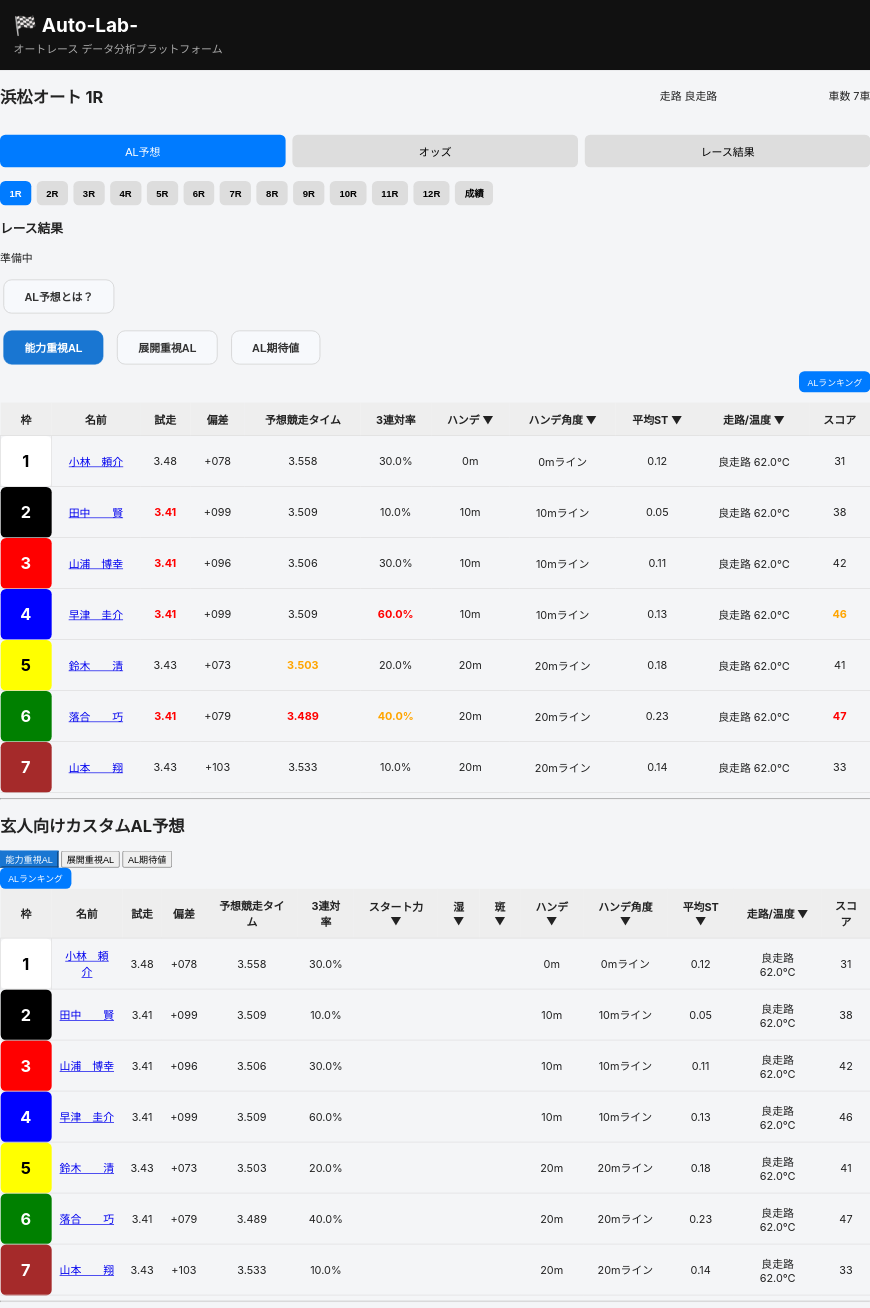
Repository: autorace-lab/Auto-Lab--main
Page: race.html
An editor plug-in stored every save of this project. The page is shown before and after the next save, followed by the edit.
The browser window is 1280 px wide. The pictures show the whole page, at 68% of full size.

Above is the page before, as saved 2026-08-10 21:55:36.

### race.html
<!DOCTYPE html>
<html lang="ja">

<head>
<meta charset="UTF-8">
<meta name="viewport" content="width=device-width, initial-scale=1.0">

<title>Auto-Lab- | オートレースデータ分析</title>

<link rel="stylesheet" href="style.css">

</head>


<div id="playerModal" class="modal">

<div class="modal-content">

<span class="close" onclick="closePlayer()">×</span>

<h2 id="playerName"></h2>

<p><strong>ランク</strong>　<span id="playerRank"></span></p>

<p><strong>試走平均</strong>　<span id="playerTime"></span></p>

<p><strong>平均ST</strong>　<span id="playerST"></span></p>

<p><strong>試走偏差</strong>　<span id="playerDiff"></span></p>

<p><strong>3連対率</strong>　<span id="playerTripleRate"></span></p>

<p><strong>節間成績</strong></p>

<p id="playerResults"></p>

<p><strong>直近10走</strong></p>

<p id="playerRecent"></p>

<p><strong>車番</strong>　<span id="playerCar"></span>号車</p>

<p><strong>ハンデ</strong>　<span id="playerHandicap"></span></p>

<p><strong>評価</strong>　<span id="playerEvaluation"></span></p>

</div>

</div>


<body>


<header>


<div class="logo">
<a href="index.html">
🏁 Auto-Lab-
</a>
</div>


<div class="subtitle">
オートレース データ分析プラットフォーム
</div>


</header>

<div class="race-info">

<div class="race-header">

<h2 id="raceTitle"></h2>

<p id="raceTitleType"></p>

<p id="raceDay"></p>

<p id="deadline"></p>

<p id="weather"></p>

<p id="track"></p>

<p id="cars"></p>

</div>

<div class="tabs">
  <button class="tab-btn active" onclick="changeTab('al')">AL予想</button>
  <button class="tab-btn" onclick="changeTab('odds')">オッズ</button>
  <button class="tab-btn" onclick="changeTab('result')">レース結果</button>
</div>

<div class="race-tabs">

<button class="race-tab-btn active" onclick="changeRace(1)">1R</button>
<button class="race-tab-btn" onclick="changeRace(2)">2R</button>
<button class="race-tab-btn" onclick="changeRace(3)">3R</button>
<button class="race-tab-btn" onclick="changeRace(4)">4R</button>
<button class="race-tab-btn" onclick="changeRace(5)">5R</button>
<button class="race-tab-btn" onclick="changeRace(6)">6R</button>
<button class="race-tab-btn" onclick="changeRace(7)">7R</button>
<button class="race-tab-btn" onclick="changeRace(8)">8R</button>
<button class="race-tab-btn" onclick="changeRace(9)">9R</button>
<button class="race-tab-btn" onclick="changeRace(10)">10R</button>
<button class="race-tab-btn" onclick="changeRace(11)">11R</button>
<button class="race-tab-btn" onclick="changeRace(12)">12R</button>

<button class="race-tab-btn result-tab-btn" onclick="changeRecent(this)">
成績
</button>

</div>
<div id="race" class="tab-content" style="display:none;">
  <table>
    <thead>
      <tr>
        <th>車</th>
        <th>選手</th>
        <th>ハンデ</th>
        <th>試走</th>
        <th>偏差</th>
        <th>ST</th>
        <th>3連対率</th>
        <th>節間成績</th>
    </thead>
    <tbody id="raceTable"></tbody>
  </table>
</div>
<div id="result" class="tab-content">
  <h3>レース結果</h3>
  <p>準備中</p>
</div>

<div id="recent" class="tab-content" style="display:none;">

<h2>近10走</h2>

<table class="recent-table">

<thead>
<tr>
<th>枠</th>
<th>選手</th>
<th>1走前</th>
<th>2走前</th>
<th>3走前</th>
<th>4走前</th>
<th>5走前</th>
<th>6走前</th>
<th>7走前</th>
<th>8走前</th>
<th>9走前</th>
<th>10走前</th>
</tr>
</thead>

<tbody id="recentTable">

</tbody>

</table>

</div>

<div id="odds" class="tab-content" style="display:none;">
  <h3>オッズ</h3>
  <p>ここにオッズを表示します。</p>
</div>

<div id="al" class="tab-content" style="display:block;">

   <div class="al-tabs">

<button class="al-tab-btn" onclick="toggleAbout(this)">
    AL予想とは？
</button>

</div>



    <!-- AL予想とは -->
    <div id="about" class="al-page" style="display:none;">



<h2>🏁 Auto-Lab予想（AL予想）</h2>

<p>
<strong>
試走タイムを単純評価するのではなく、選手ごとの試走特性を補正した
「予想競走タイム」と、レース条件による「展開ポイント」を組み合わせ、
そのレースにおける選手の期待値を可視化する予想システムです。
</strong>
</p>

<p>
オートレースでは、同じ試走タイムでも選手によって意味が変わります。
試走タイムを出しやすい選手、出にくい選手の特徴を
<strong>試走偏差</strong>によって補正し、
選手本来の状態を評価します。
</p>




<p>
選手自身の能力・現在の状態を重視するAI評価です。
</p>

<p>
<strong>
予想競走タイム 70％ ＋ 展開ポイント 30％
</strong>
</p>

<ul>
<li>試走タイム＋試走偏差による予想競走タイム</li>
<li>平均ST</li>
<li>ハンデ位置補正</li>
<li>走路コンディション</li>
</ul>


<h3>🌊 展開重視AL</h3>

<p>
ハンデ位置や走路条件など、レース展開の有利不利を重視するAI評価です。
</p>

<p>
<strong>
予想競走タイム 30％ ＋ 展開ポイント 70％
</strong>
</p>

<ul>
<li>試走タイム＋試走偏差による予想競走タイム</li>
<li>平均ST</li>
<li>ハンデ位置補正</li>
<li>走路コンディション（良走路・湿走路・走路温度など）</li>
</ul>


<h3>🏆 AL期待値</h3>

<p>
能力重視ALと展開重視ALの両方から、
そのレースで最も期待できる選手を分析します。
</p>

<p>
<strong>
能力 × 展開 ＝ Auto-Lab期待値
</strong>
</p>


</div>

<div class="al-sub-tabs">

<button class="al-tab-btn" onclick="changeALTab('ability', this)">
    能力重視AL
</button>

<button class="al-tab-btn" onclick="changeALTab('development', this)">
    展開重視AL
</button>

<button class="al-tab-btn" onclick="changeALTab('expectationArea', this)">
AL期待値
</button>

</div>


<section class="al-description">

  <div id="ability" class="al-page" style="display:none;">

<div class="al-header">

<div id="handicapAngleArea"></div>

    <button class="rank-btn" id="rankBtn" onclick="toggleAbilityRank()">
    ALランキング
</button>

    </div>

<table>
<thead>
<tr>
<th>枠</th>
<th>名前</th>
<th>試走</th>
<th>偏差</th>
<th>予想競走タイム</th>
<th>3連対率</th>
<th class="handicap-header" onclick="toggleHandicap()">
    ハンデ ▼
</th>
<th class="handicap-angle-header"
onclick="toggleHandicapAngle()">
ハンデ角度 ▼
</th>

<th class="st-header" onclick="toggleST()">
    平均ST ▼
</th>
<th class="temp-header" onclick="toggleTemperature()">
    走路/温度 ▼
</th>
<th>スコア</th>
</tr>
</thead>

<tbody id="abilityTable">
</tbody>

</table>
<div id="handicapAngleArea"></div>
</div>

<div id="development" class="al-page" style="display:none;">
<div class="al-header">


   <button class="rank-btn" id="developmentRankBtn" onclick="toggleDevelopmentRank()">
    ALランキング
</button>

    </div>


<table>
<thead>
<tr>
<th>枠</th>
<th>名前</th>
<th>試走</th>
<th>偏差</th>
<th>予想競走タイム</th>
<th>3連対率</th>
<th class="handicap-header"
    onclick="toggleHandicap()">
    ハンデ ▼
</th>
<th class="handicap-angle-header"
onclick="toggleHandicapAngle()">
ハンデ角度 ▼
</th>

<th class="st-header" onclick="toggleST()">
    平均ST ▼
</th>
<th class="temp-header" onclick="toggleTemperature()">
    走路/温度 ▼
</th>
<th>スコア</th>
</tr>
</thead>

<tbody id="developmentTable">
</tbody>

</table>

</div>

<div id="expectationArea" class="al-page" style="display:none;">

<div class="al-header">

<button class="rank-btn" id="expectationRankBtn" onclick="toggleExpectationRank()">
ALランキング
</button>

</div>
<table>

<thead>
<tr>
<th>枠</th>
<th>名前</th>
<th>能力スコア</th>
<th>展開スコア</th>
<th>AL期待値</th>
</tr>
</thead>

<tbody id="expectationTable">

</tbody>

</table>

</div>

<hr class="custom-divider">

<h2 class="custom-title">
    玄人向けカスタムAL予想
</h2>

<div class="custom-al-sub-tabs">
    <button class="custom-al-tab-btn active"
        onclick="changeCustomALTab('customAbility',this)">
        能力重視AL
    </button>

    <button class="custom-al-tab-btn"
        onclick="changeCustomALTab('customDevelopment',this)">
        展開重視AL
    </button>

    <button class="custom-al-tab-btn"
        onclick="changeCustomALTab('customExpectation',this)">
        AL期待値
    </button>
</div>

<div id="customAbility"
class="custom-al-page"
style="display:block;">


<button class="rank-btn"
id="customAbilityRankBtn"
onclick="toggleCustomAbilityRank()">
    ALランキング
</button>





<table>
<thead>
<tr>
<th>枠</th>
<th>名前</th>
<th>試走</th>
<th>偏差</th>
<th>予想競走タイム</th>
<th>3連対率</th>
<th class="custom-start-header"
    onclick="toggleCustomStart()">
    スタート力 ▼
</th>
<th class="custom-wet-header" onclick="toggleCustomWet()">
    湿 ▼
</th>
<th class="custom-mixed-header" onclick="toggleCustomMixed()">斑 ▼</th>
<th class="custom-handicap-header" onclick="toggleCustomHandicap()">
    ハンデ ▼
</th>

<th class="custom-handicap-angle-header" onclick="toggleCustomHandicapAngle()">
    ハンデ角度 ▼
</th>

<th class="custom-st-header" onclick="toggleCustomST()">
    平均ST ▼
</th>

<th class="custom-temp-header" onclick="toggleCustomTemperature()">
    走路/温度 ▼
</th>

<th>スコア</th>
</thead>

<tbody id="customAbilityTable">
</tbody>

</table>

</div>

<div id="customDevelopment"
class="custom-al-page"
style="display:none;">
  <button class="rank-btn"
id="customDevelopmentRankBtn"
onclick="toggleCustomDevelopmentRank()">
    ALランキング
</button>




<table>
<thead>
<tr>
<th>枠</th>
<th>名前</th>
<th>試走</th>
<th>偏差</th>
<th>予想競走タイム</th>
<th>3連対率</th>
<th class="custom-start-header"
    onclick="toggleCustomStart()">
    スタート力 ▼
</th>
<th class="custom-wet-header" onclick="toggleCustomWet()">
    湿 ▼
</th>
<th class="custom-mixed-header" onclick="toggleCustomMixed()">
    斑 ▼
</th>
<th class="custom-handicap-header"
    onclick="toggleCustomHandicap()">
    ハンデ ▼
</th>

<th class="custom-handicap-angle-header" onclick="toggleCustomHandicapAngle()">
    ハンデ角度 ▼
</th>

<th class="custom-st-header" onclick="toggleCustomST()">
    平均ST ▼
</th>

<th class="custom-temp-header" onclick="toggleCustomTemperature()">
    走路/温度 ▼
</th>

<th>スコア</th>
</tr>
</thead>

<tbody id="customDevelopmentTable">
</tbody>

</table>

</div>

<div id="customExpectation"
class="custom-al-page"
style="display:none;">

<button class="rank-btn"
id="customExpectationRankBtn"
onclick="toggleCustomExpectationRank()">
    ALランキング
</button>


<table>

<thead>
<tr>
<th>枠</th>
<th>名前</th>
<th>能力スコア</th>
<th>展開スコア</th>
<th>AL期待値</th>
</tr>
</thead>

<tbody id="customExpectationTable">

</tbody>

</table>

</div>

<hr class="custom-divider">



    </table>
</div>






<script src="script.js"></script>

</body>

</html>

### style.css
body {
    margin:0;
    font-family:
    -apple-system,
    BlinkMacSystemFont,
    "Helvetica Neue",
    Arial,
    sans-serif;
    background:#f4f5f7;
    color:#222;
}


/* ヘッダー */

header {
    background:#111;
    color:white;
    padding:20px;
}

.logo {
    font-size:28px;
    font-weight:bold;
}

.subtitle {
    color:#aaa;
    margin-top:5px;
}


/* 全体 */

.container {
    max-width:900px;
    margin:auto;
    padding:15px;
}


/* カード */

.card {
    background:white;
    border-radius:14px;
    padding:20px;
    margin-bottom:15px;
    box-shadow:0 3px 10px rgba(0,0,0,0.08);
}


/* レース情報 */

.race-header {
    display:flex;
    justify-content:space-between;
    align-items:center;
}

.badge {
    background:#e60012;
    color:white;
    padding:6px 12px;
    border-radius:20px;
}



/* 表 */

table {
    width:100%;
    border-collapse:collapse;
}


th {
    background:#eee;
}


th,td {
    padding:12px;
    text-align:center;
    border-bottom:1px solid #ddd;
}


/* 車番 */

.car {
    font-size:22px;
    font-weight:bold;
}


/* 評価 */

.rating {
    display:flex;
    gap:10px;
}


.rating div {
    flex:1;
    background:#f5f5f5;
    padding:15px;
    text-align:center;
    border-radius:10px;
}


.star {
    color:#ff9800;
    font-size:22px;
}


/* データ */

.data {
    display:grid;
    grid-template-columns:repeat(3,1fr);
    gap:10px;
}


.data div {
    background:#f5f5f5;
    padding:15px;
    text-align:center;
    border-radius:10px;
}


.number {
    font-size:24px;
    font-weight:bold;
}

  .car {
    width:50px;
    height:50px;
    border-radius:8px;
    color:white;
    font-size:24px;
    font-weight:bold;
}


.car1 {
    background:white;
    color:black;
    border:1px solid #ddd;
}

.car2 {
    background:black;
}

.car3 {
    background:red;
}

.car4 {
    background:blue;
}

.car5 {
    background:yellow;
    color:black;
}

.car6 {
    background:green;
}

.car7 {
    background:brown;
}

.car8 {
    background:purple;
}

/* 試走偏差 */

.plus{
    color:#16a34a;
    font-weight:bold;
    background:#dcfce7;
    padding:4px 8px;
    border-radius:20px;
}

.normal{
    color:#ca8a04;
    font-weight:bold;
    background:#fef9c3;
    padding:4px 8px;
    border-radius:20px;
}

.minus{
    color:#dc2626;
    font-weight:bold;
    background:#fee2e2;
    padding:4px 8px;
    border-radius:20px;
}

/* モーダル */

.modal{

display:none;

position:fixed;

left:0;
top:0;

width:100%;
height:100%;

background:rgba(0,0,0,.6);

}

.modal-content{

background:white;

width:420px;

margin:80px auto;

padding:25px;

border-radius:12px;

position:relative;

}


.close{

position:absolute;

right:15px;

top:10px;

font-size:30px;

cursor:pointer;

}

.tabs {
    display: flex;
    gap: 10px;
    margin: 20px 0;
}

.tab-btn {
    flex: 1;
    padding: 12px;
    border: none;
    background: #ddd;
    cursor: pointer;
    font-size: 16px;
    border-radius: 8px;
    transition: 0.3s;
}

.tab-btn:hover {
    background: #bbb;
}

.tab-btn.active {
    background: #007bff;
    color: white;
}

.tab-content {
    margin-top: 15px;
}

.race-card {
    background: white;
    border-radius: 12px;
    padding: 20px;
    margin: 20px 0;
    box-shadow: 0 4px 12px rgba(0,0,0,0.1);
}

.race-card h3 {
    margin-top: 0;
    font-size: 24px;
}

.race-card button {
    width: 100%;
    padding: 12px;
    border: none;
    border-radius: 8px;
    background: #0066ff;
    color: white;
    font-size: 16px;
    cursor: pointer;
}
.race-card h3 span {
    float: right;
    font-size: 14px;
    font-weight: normal;
}

.race-list {
    display: grid;
    grid-template-columns: 1fr 1fr;
    gap: 15px;
}

.logo a {
    text-decoration: none;
    color: inherit;
}

.best-score {
    color:red !important;
    font-weight:bold;
}

.second-score {
    color:orange !important;
    font-weight:bold;
}

.al-header {
    display: flex;
    justify-content: flex-end;
    align-items: center;
    margin-bottom: 15px;
}

.rank-btn{
    padding:6px 12px;
    border:none;
    border-radius:8px;
    background:#007bff;
    color:white;
    cursor:pointer;
    font-size:13px;
}

.rank-btn:hover{
    opacity:.9;
}

/* AL予想とは？タブ */
.al-tabs {
    margin-bottom: 15px;
}


/* 能力・展開タブ */
.al-sub-tabs {
    display: flex;
    gap: 10px;
    margin: 5px 0;
}


/* ALタブ共通 */
.al-tab-btn {
    padding: 12px 30px;
    margin: 5px;
    border: 1px solid #ccc;
    border-radius: 12px;
    background: #f7f9fc;
    color: #333;
    font-size: 16px;
    font-weight: bold;
    cursor: pointer;
    transition: 0.2s;
}


/* マウスを乗せた時 */
.al-tab-btn:hover {
    background: #e3f2fd;
}


/* 選択中 */
.al-tab-btn.active {
    background: #1976d2;
    color: white;
    border-color: #1976d2;
}

.custom-al-tab-btn.active {
    background: rgb(25, 118, 210);
    color: white;
    border-color: rgb(25, 118, 210);
}

.al-page {
    margin-top: 5px;
}

.buff-plus {
    color: red !important;
}

.buff-minus {
    color: blue !important;
}

.race-tab-btn {
    padding:8px 14px;
    border:none;
    border-radius:8px;
    background:#ddd;
    cursor:pointer;
    font-weight:bold;
}


.race-tab-btn.active {
    background:#007bff;
    color:white;
}

.race-tabs {
    display:flex;
    gap:8px;
    margin:15px 0;
    flex-wrap:wrap;
}


.race-tab-btn {
    padding:8px 14px;
    border:none;
    border-radius:8px;
    background:#ddd;
    cursor:pointer;
    font-size:14px;
    font-weight:bold;
}


.race-tab-btn.active {
    background:#007bff;
    color:white;
}

.custom-score-menu {
    position: absolute;
    background: white;
    border: 1px solid #ccc;
    box-shadow: 0 2px 8px rgba(0,0,0,0.15);
    z-index: 9999;
}

.custom-score-menu div {
    padding: 6px 14px;
    cursor: pointer;
    text-align: center;
}

.custom-score-menu div:hover {
    background: #eee;
}

.custom-select-cell {
    cursor: pointer;
}

Loaded but not shown: script.js (2952 lines, source omitted); hamamatsu1_recent.html (11109 lines, source omitted); hamamatsu1_new.html (3905 lines, source omitted)

After the next save:
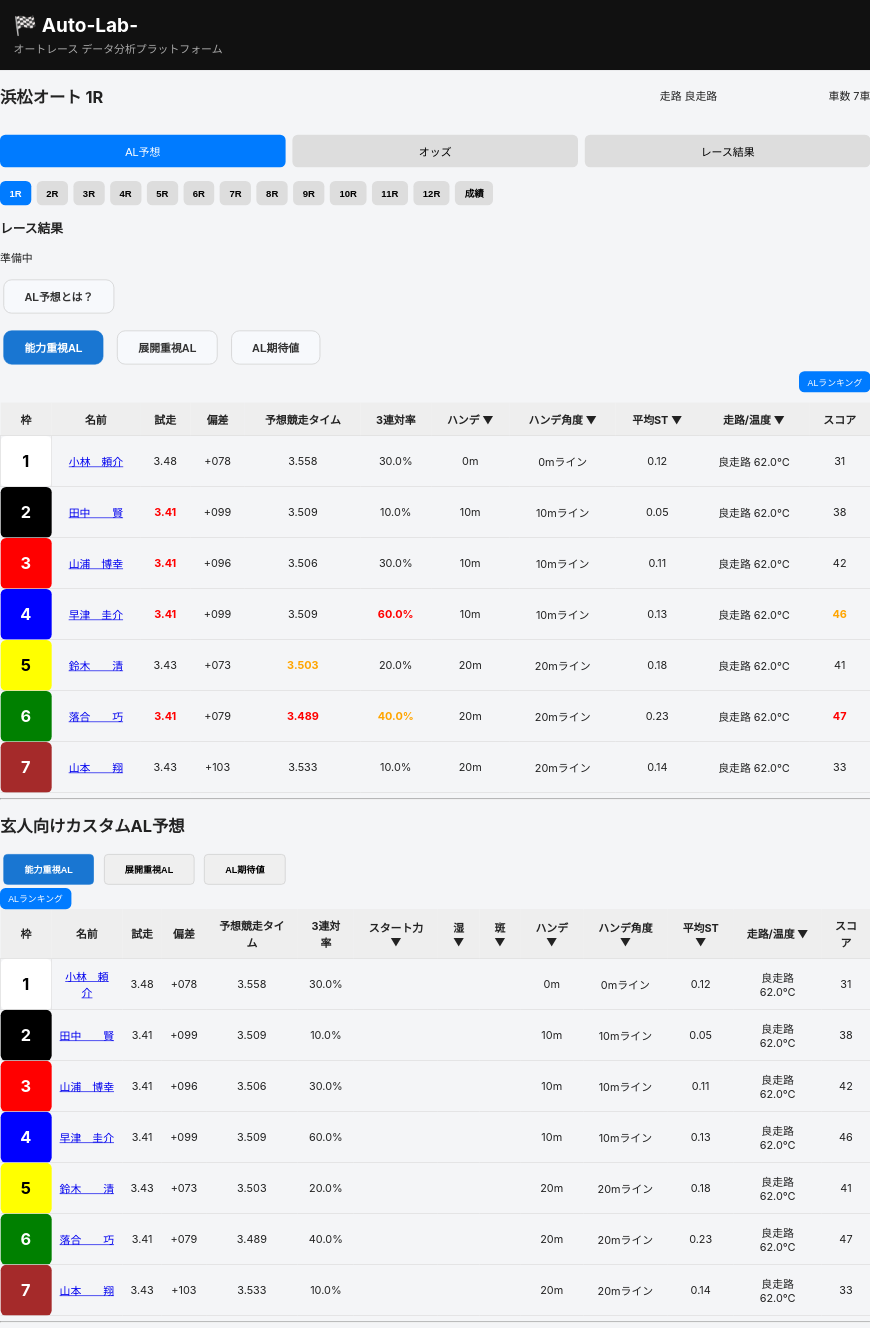
Saved 2 min 1 s later.
--- a/style.css
+++ b/style.css
@@ -389,6 +389,16 @@ cursor:pointer;
     transition: 0.2s;
 }
 
+.custom-al-tab-btn {
+    padding: 12px 30px;
+    margin: 5px;
+    border: 1px solid #ccc;
+    border-radius: 6px;
+    font-weight: bold;
+    cursor: pointer;
+    transition: 0.2s;
+}
+
 
 /* マウスを乗せた時 */
 .al-tab-btn:hover {
